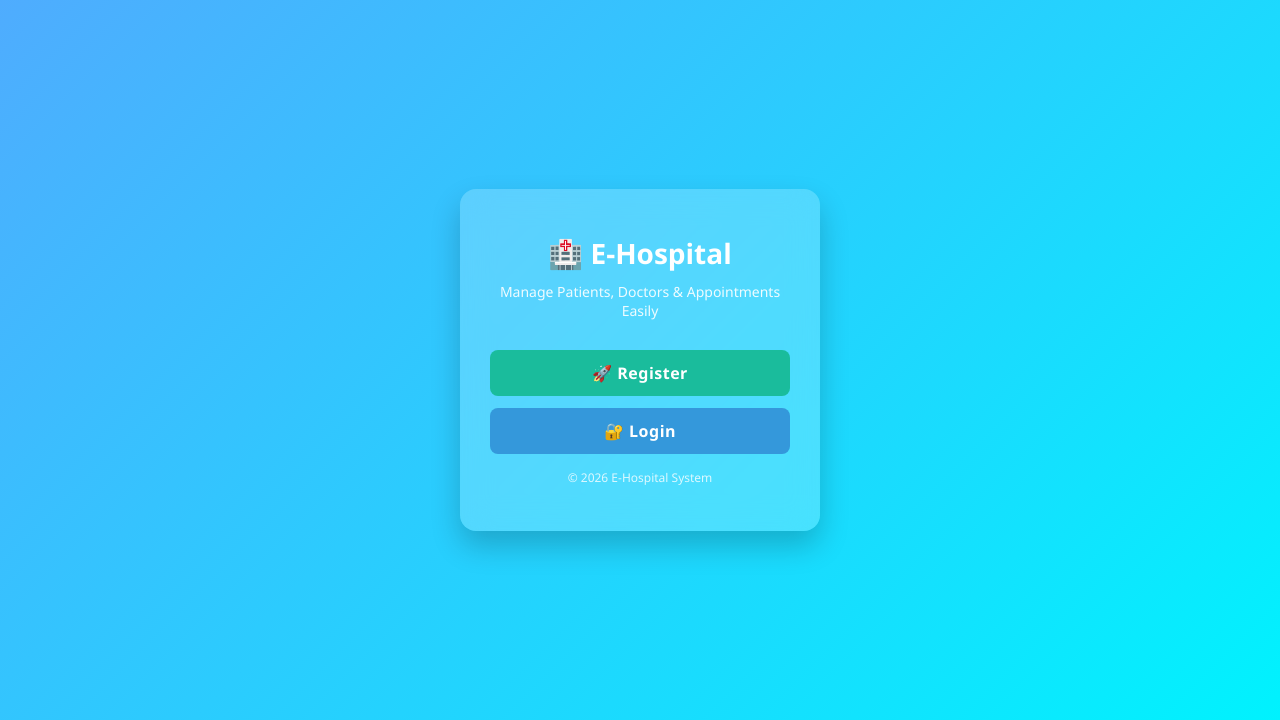
Repository: Ramjangori/Spring_Boot
Page: PatientsManagementProject/src/main/resources/static/index.html
An editor plug-in stored every save of this project. The page is shown before and after the next save, followed by the edit.
The browser window is 1280 px wide. The pictures show the whole page.

Above is the page before, as saved 2026-05-05 06:30:48.

After the next save:
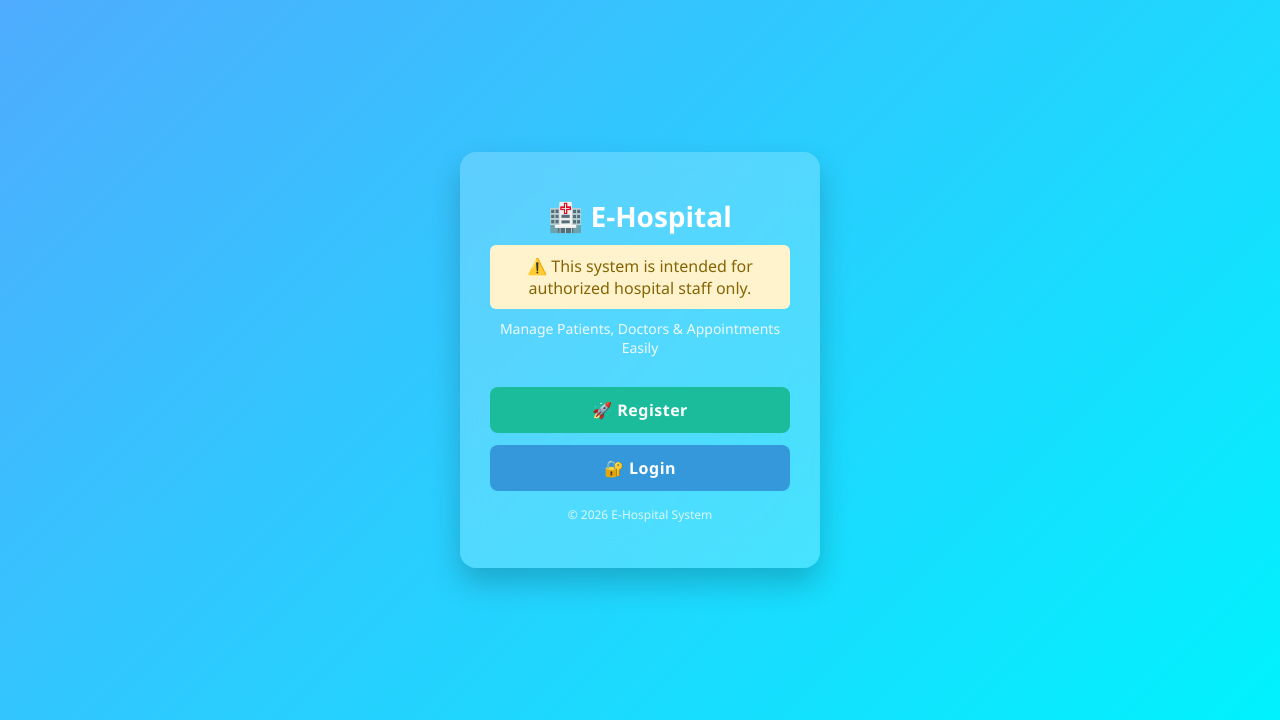
Saved 5 h 37 min later.
--- a/PatientsManagementProject/src/main/resources/static/index.html
+++ b/PatientsManagementProject/src/main/resources/static/index.html
@@ -103,6 +103,9 @@
 
 <div class="container">
     <h1>🏥 E-Hospital</h1>
+	<div style="background:#fff3cd; padding:10px; border-radius:6px; margin-bottom:10px; color:#856404;">
+	    ⚠️ This system is intended for authorized hospital staff only.
+	</div>
     <p>Manage Patients, Doctors & Appointments Easily</p>
 
     <a href="/register" class="btn register">🚀 Register</a>
